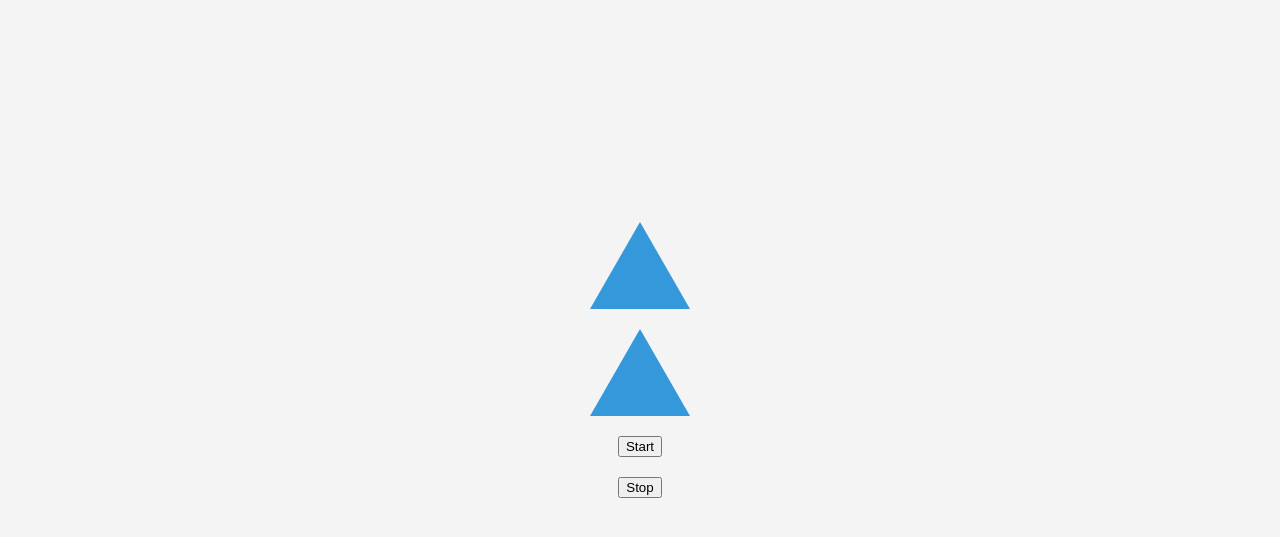
Repository: boshi-an/Isorhythm
Page: .vscode/Isorhythm/index.html
These files come from the project's save history. The page is drawn as it stood at one moment and after the next save; the edit follows.
The browser window is 1280 px wide. The pictures show the whole page.

Above is the page before, as saved 2023-10-18 17:27:12.

### .vscode/Isorhythm/index.html
<!DOCTYPE html>
<html lang="en">

<head>
    <meta charset="UTF-8">
    <meta name="viewport" content="width=device-width, initial-scale=1.0">
    <title>Rotating Circles</title>
    <link rel="stylesheet" href="styles.css">
</head>

<body>
    <div class="triangle" id="triangle1"></div>
    <div class="triangle" id="triangle2"></div>
    <button id="startBtn">Start</button>
    <button id="stopBtn">Stop</button>
    <script src="script.js"></script>
</body>

</html>

### .vscode/Isorhythm/styles.css
body {
    display: flex;
    justify-content: center;
    align-items: center;
    flex-direction: column;
    height: 100vh;
    background-color: #f4f4f4;
    overflow: hidden;
    margin: 0;
    gap: 20px;
}


.triangle {
    width: 0;
    height: 0;
    border-left: 50px solid transparent;
    border-right: 50px solid transparent;
    border-bottom: 87px solid #3498db;
    will-change: transform;
    transform-origin: 50% 50%;
}

.circle {
    width: 100px;
    height: 100px;
    border-radius: 50%;
    will-change: transform;
    transform-origin: 50% 50%;
}

#circle1 {
    background-color: #3498db;
}

#circle2 {
    background-color: #e74c3c;
}

### .vscode/Isorhythm/script.js
let angle1 = 0;
let angle2 = 0;
let animationId1;
let animationId2;

function rotateCircle1() {
    const circle1 = document.getElementById('circle1');
    angle1 = (angle1 + 2) % 360;
    circle1.style.transform = `rotate(${angle1}deg)`;
    animationId1 = requestAnimationFrame(rotateCircle1);
}

function rotateCircle2() {
    const circle2 = document.getElementById('circle2');
    angle2 = (angle2 - 2) % 360;
    circle2.style.transform = `rotate(${angle2}deg)`;
    animationId2 = requestAnimationFrame(rotateCircle2);
}

document.getElementById('startBtn').addEventListener('click', () => {
    rotateCircle1();
    rotateCircle2();
});

document.getElementById('stopBtn').addEventListener('click', () => {
    cancelAnimationFrame(animationId1);
    cancelAnimationFrame(animationId2);
});

After the next save:
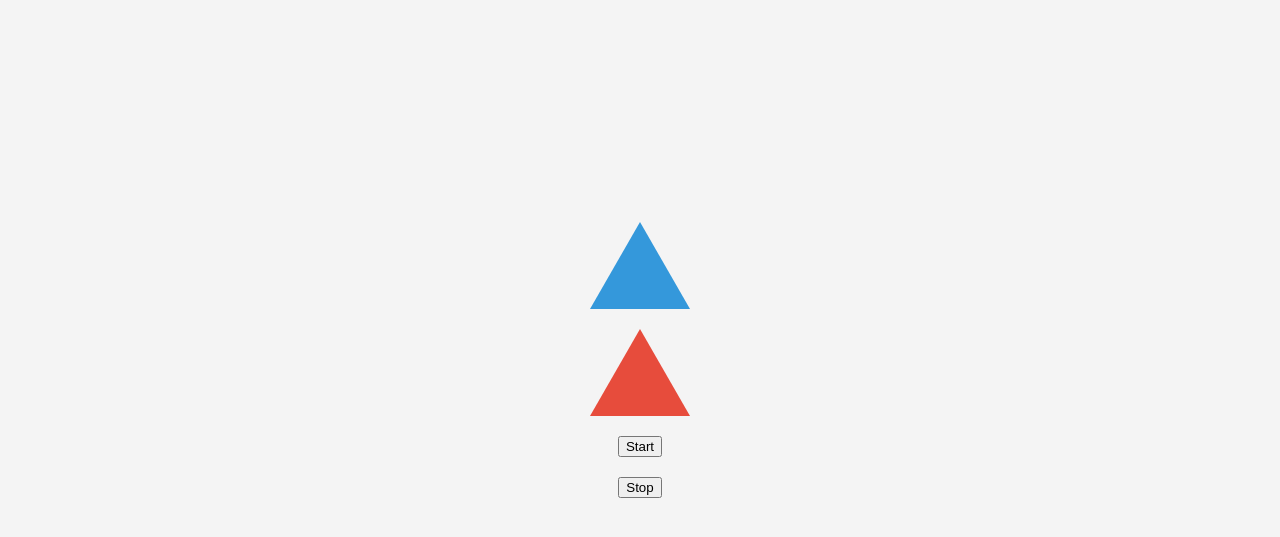
Saved 2 min 4 s later.
--- a/.vscode/Isorhythm/styles.css
+++ b/.vscode/Isorhythm/styles.css
@@ -29,6 +29,16 @@ body {
     transform-origin: 50% 50%;
 }
 
+#triangle1 {
+    border-bottom: 87px solid #3498db;
+    /* background-color: #3498db; */
+}
+
+#triangle2 {
+    border-bottom: 87px solid #e74c3c;
+    /* background-color: #e74c3c; */
+}
+
 #circle1 {
     background-color: #3498db;
 }
